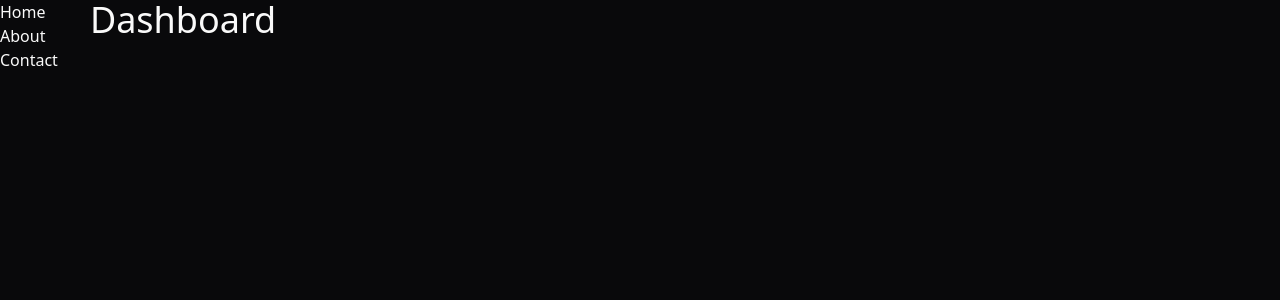
Repository: svoglimacci/recipe-app-tmp
Page: /app
The author's editor kept a copy of each file at every save. The page is drawn from the files as they stood at one save, then again after the next save.
The browser window is 1280 px wide. The pictures show the whole page.
The project was rebuilt for these pictures with package versions that can differ from the ones it lists, and the page was loaded fresh each time. Also part of the build but not shown: vite.config.ts, src/components/Recipe.tsx, src/components/RecipeList.tsx, src/components/RecipeCard.tsx, src/views/Login.tsx, src/views/Landing.tsx, src/views/Home.tsx.

Above is the page before, as saved 2024-01-30 13:51:48.

After the next save:
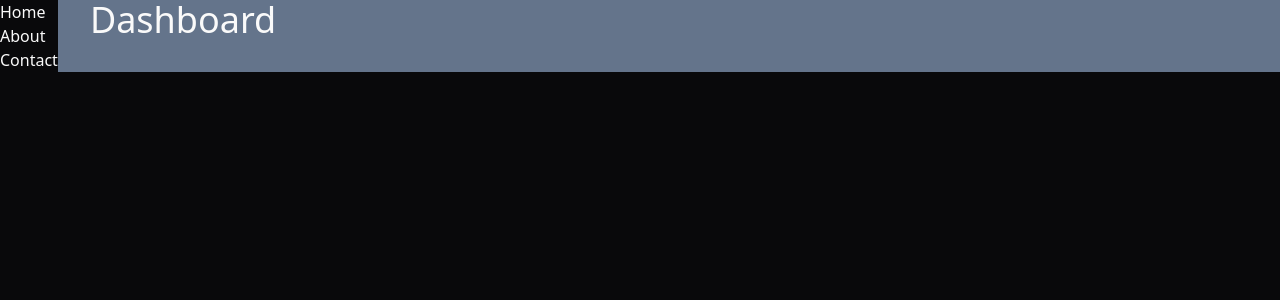
Saved 24 s later.
--- a/src/views/Dashboard.tsx
+++ b/src/views/Dashboard.tsx
@@ -6,9 +6,9 @@ function Dashboard() {
   return (
     <>
       <DashboardHeader />
-      <div className="flex flex-row relative p-0 border-red-500">
+      <div className="flex flex-row relative p-0 ">
       <Nav />
-      <main className="container">
+      <main className="container bg-slate-500">
         <h1 className="text-4xl text-primary">Dashboard</h1>
       </main>
       </div>
